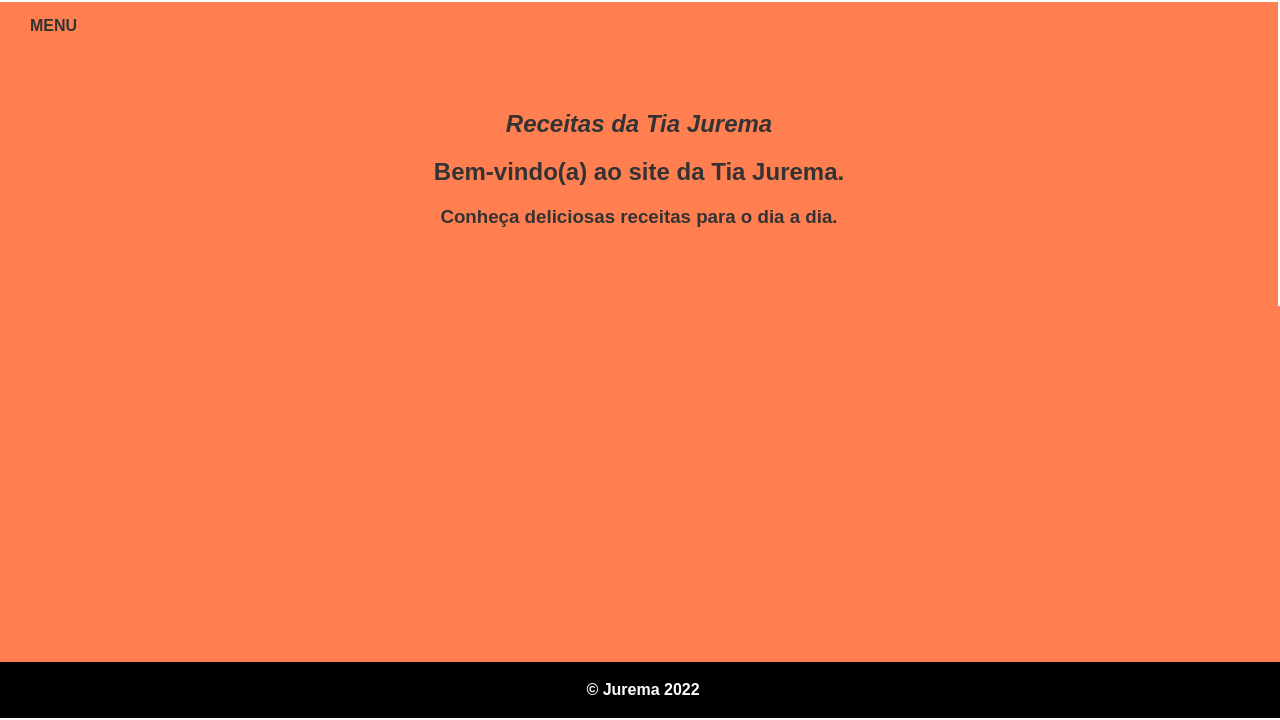
Repository: devropaes/RECEITAS
Page: OneDrive/Área de Trabalho/Estudos/Estácio/receitas/home.html
These files come from the project's save history. The page is drawn as it stood at one moment and after the next save; the edit follows.
The browser window is 1280 px wide. The pictures show the whole page.

Above is the page before, as saved 2024-03-09 14:11:33.

After the next save:
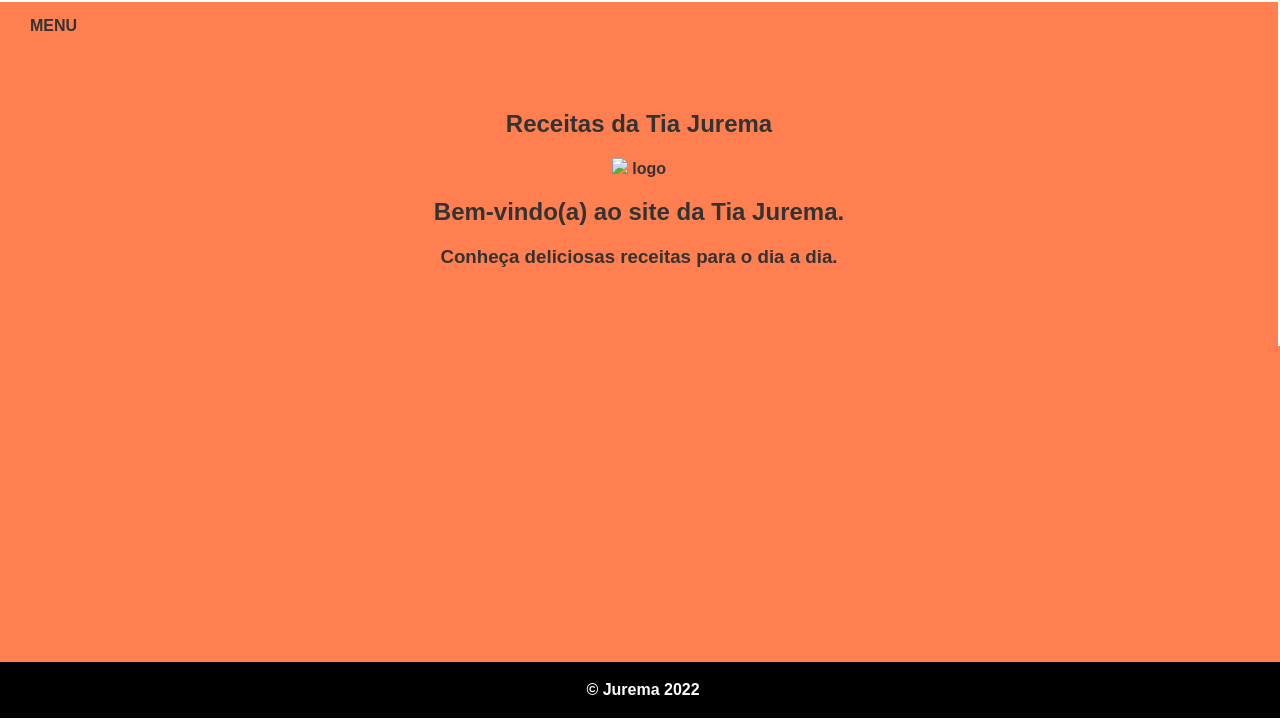
Not found: OneDrive/Área de Trabalho/Estudos/Estácio/receitas/assets/prato.png
Saved 16 min 46 s later.
--- a/OneDrive/Área de Trabalho/Estudos/Estácio/receitas/home.html
+++ b/OneDrive/Área de Trabalho/Estudos/Estácio/receitas/home.html
@@ -17,9 +17,9 @@
       </head>
       <main class="apresentacao">
         <section class="apresentacao__conteudo">
-            <h1 class="apresentacao__conteudo__titulo">
-              <i class="fa-duotone fa-utensils"> Receitas da Tia Jurema </i>
-              <strong Receitas da Tia Jurema ></strong> </h1>
+            <div class="apresentacao__conteudo__titulo">
+              <h1>Receitas da Tia Jurema</h1>
+              <img src="./assets/prato.png"> logo
             <h2>Bem-vindo(a) ao site da Tia Jurema.</h2>
             <h3>Conheça deliciosas receitas para o dia a dia.</h3>
         </main>
